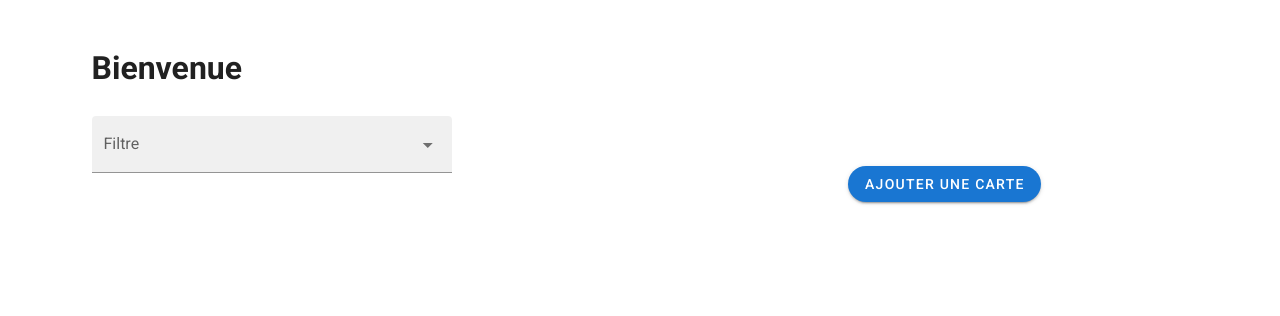
Repository: SidneyHodieb/myc
Page: /
These files come from the project's save history. The page is drawn as it stood at one moment and after a run of saves; the edit follows.
The browser window is 1280 px wide. The pictures show the whole page.
The project was rebuilt for these pictures with package versions that can differ from the ones it lists, and the page was loaded fresh each time. Also part of the build but not shown: vue.config.js.

Above is the page before, as saved 2021-04-01 23:20:38.

### src/App.vue
<template>
  <v-app>
    <v-main>
      <router-view></router-view>
    </v-main>
  </v-app>
</template>

<script>

export default {
  name: 'App',
  data: () => ({
    //
  }),
};
</script>

### src/views/Home.vue
<template>
  <v-container>
    <v-row class="mt-5 ml-5">
      <v-col cols="12" sm="12">
        <h1>Bienvenue</h1>
      </v-col>
      <v-col class="d-flex" sm="4">
        <v-select :items="items" filled label="Filtre"></v-select>
      </v-col>
     <v-col offset-md="2" sm="6" style="margin-top:50px">
      <div class="text-center">
        <v-btn rounded color="primary" dark offset-md="8">
          Ajouter une carte
        </v-btn>
      </div>
      </v-col>
    </v-row>
  </v-container>
</template>

<script>
// @ is an alias to /src

export default {
  components: {},
};
</script>

Loaded but not shown: public/index.html (common file); src/main.js (common file); src/router/index.js (common file); src/store/index.js (common file); src/plugins/vuetify.js (common file)

After the next 3 saves:
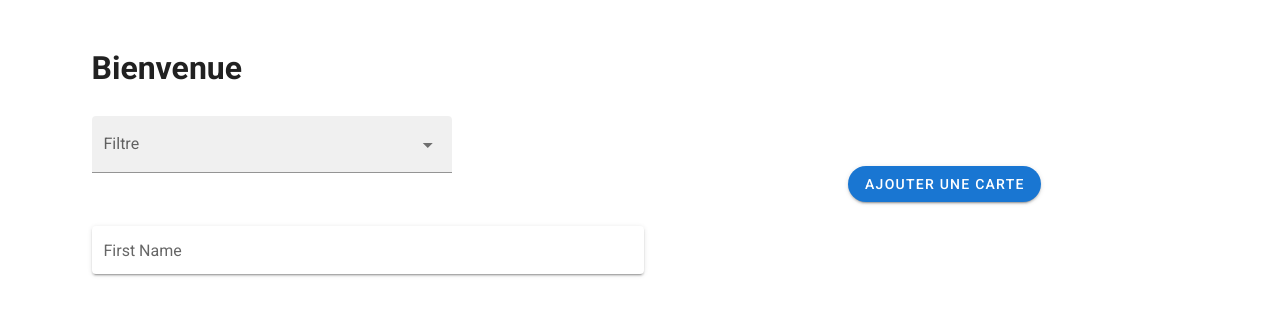
The 3 saves are shown as one change because 2 did not build or start.
The last was saved 2 min 19 s later.
--- a/src/views/Home.vue
+++ b/src/views/Home.vue
@@ -14,6 +14,16 @@
         </v-btn>
       </div>
       </v-col>
+      <v-col
+          cols="12"
+          sm="6"
+        >
+          <v-text-field
+            v-model="first"
+            label="First Name"
+            solo
+          ></v-text-field>
+        </v-col>
     </v-row>
   </v-container>
 </template>
